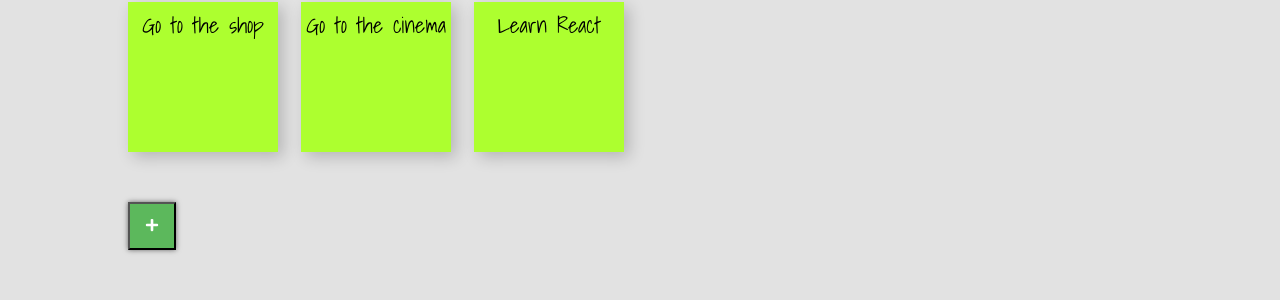
Repository: AlSemyon/13_animation
Page: /
These files come from the project's save history. The page is drawn as it stood at one moment and after the next save; the edit follows.
The browser window is 1280 px wide. The pictures show the whole page.
The project was rebuilt for these pictures with package versions that can differ from the ones it lists, and the page was loaded fresh each time.

Above is the page before, as saved 2018-11-18 13:39:57.

### public/index.html
<!DOCTYPE html>
<html lang="en">
  <head>
    <meta charset="utf-8">
    <link rel="shortcut icon" href="%PUBLIC_URL%/favicon.ico">
    <meta name="viewport" content="width=device-width, initial-scale=1, shrink-to-fit=no">
    <meta name="theme-color" content="#000000">
    <!--
      manifest.json provides metadata used when your web app is added to the
      homescreen on Android. See https://developers.google.com/web/fundamentals/web-app-manifest/
    -->
    <link rel="manifest" href="%PUBLIC_URL%/manifest.json">
    <!--
      Notice the use of %PUBLIC_URL% in the tags above.
      It will be replaced with the URL of the `public` folder during the build.
      Only files inside the `public` folder can be referenced from the HTML.

      Unlike "/favicon.ico" or "favicon.ico", "%PUBLIC_URL%/favicon.ico" will
      work correctly both with client-side routing and a non-root public URL.
      Learn how to configure a non-root public URL by running `npm run build`.
    -->
    <title>React App</title>
  </head>
  <body>
    <noscript>
      You need to enable JavaScript to run this app.
    </noscript>

    <div id="root"></div>
    <!--
      This HTML file is a template.
      If you open it directly in the browser, you will see an empty page.

      You can add webfonts, meta tags, or analytics to this file.
      The build step will place the bundled scripts into the <body> tag.

      To begin the development, run `npm start` or `yarn start`.
      To create a production bundle, use `npm run build` or `yarn build`.
    -->
  </body>
</html>

### src/index.css
@import url(http://fonts.googleapis.com/css?family=Shadows+Into+Light);

* {
    margin: 0;
    padding: 0;
    box-sizing: border-box;
}
body {
    background: #e2e2e2;
}


.container {
    max-width: 80%;
    margin: auto;
    min-height: 100vh;

}

.grid{
    display: grid;
    grid-gap: 15px;
    grid-template-columns: repeat(auto-fill, minmax(150px, 1fr))
}

.note {
    height: 150px;
    width: 150px;
    background-color: greenyellow;
    margin: 2px 0;
    position: relative;
    cursor: -webkit-grab;
    box-shadow: 5px 5px 15px 0 rgba(0, 0, 0, .2);
}

.note:active {
    cursor: -webkit-grabbing;
}

.note p {
    font-size: 22px;
    text-align: center;
    padding: 5px;
    font-family: "Shadows Into Light", Arial;
}

.note:hover > span {
    opacity: 1;
}

.note > span {
    position: absolute;
    bottom: 2px;
    right: 2px;
    opacity: 0;
    transition: opacity .25s linear;
}

.note button {
    margin: 2px;
}

.note form {
    text-align: center;
    height: 100%;
}

.note  textarea {
    width: 95%;
    max-width: 100%;
    margin-top: 1rem;
    height: 50%;
    background: rgba(255, 255, 255, .5);
    resize: none;
}

.container button {
  color: #fff;
  font-size: 14px;
  box-shadow: 0px 0px 5px 0px rgba(0, 0, 0, 0.55);
}

.add {
  margin-top: 3rem;
  background-color: #5cb85c;
  height: 3rem;
  min-width: 3rem;
}

.edit {
  background-color: #337ab7;
}

.save {
  background-color: #5cb85c;
}

.remove {
  background-color: #d9534f;
}

### src/components/App.js
import React, {Component} from 'react';
import PropTypes from 'prop-types';
import notes from '../notes'
import Note from './Note'
import './style.css'
import { FaPlus } from 'react-icons/fa';
import {generate as id} from 'shortid'

class App extends Component {
    state = {notes};

    add = () => this.setState(({notes}) => ({
        notes: [...notes, {id: id(), text: ''}]
    }))
    remove = id => this.setState(({notes}) => ({
        notes: notes.filter(note => note.id !== id)
    }))

    update = (text, id) => this.setState(({notes}) => ({
        notes: notes.map(note => note.id !== id ? note : {...note, text})
    }))

    eachNote = (note) =>
        <Note key={note.id} id={note.id} update={this.update} remove={this.remove}> {note.text} </Note>

    render() {
        return (
            <div className="container">
                <div className="grid">
                    {this.state.notes.map(this.eachNote)}
                </div>
                <button onClick={this.add} className="add"><FaPlus/></button>
            </div>
        )
    }
}

export default App;

### src/notes.json
[
    {
       "id": 1,
       "text": "Go to the shop"
   },
   {
     "id": 2,
     "text": "Go to the cinema"
   },
   {
     "id": 3,
     "text": "Learn React"
   }
]

### src/components/Note.js
import React, {Component} from 'react';
import PropTypes from 'prop-types';
import { FaPencilAlt } from 'react-icons/fa';
import { FaTrash } from 'react-icons/fa';
import { FaSave } from 'react-icons/fa';


class Note extends Component {
    constructor(props) {
        super(props);
        this.state = {
            isedit: false
        }

        this.edit = this.edit.bind(this);
        this.remove = this.remove.bind(this);
        this.save = this.save.bind(this);
        this.renderForm = this.renderForm.bind(this);
        this.renderDisplay = this.renderDisplay.bind(this);

    }
    edit = () => {
        this.setState({isedit: true})
    }

    remove = () => {
        this.props.remove(this.props.id)
    }

    save = e => {
        e.preventDefault();
        this.props.update(this.newNote.value, this.props.id)
        this.setState({isedit: false})
    }
    renderForm = () =>
        <div className="note">
            <form>
                <textarea ref={node => this.newNote = node}/>
                <button onClick={this.save} className="save"><FaSave/></button>
            </form>
        </div>

    renderDisplay = () =>
        <div className="note">
        <p>{this.props.children}</p>
        <span>
            <button onClick={this.edit} className="edit"><FaPencilAlt/></button>
            <button onClick={this.remove} className="edit"><FaTrash/></button>
        </span>
    </div>

    render() {
        return(
            <div className="grid">
                {this.state.isedit ? this.renderForm(): this.renderDisplay()}
            </div>
        )
    }
}

export default Note;

### src/components/style.css
@import url(http://fonts.googleapis.com/css?family=Shadows+Into+Light);

* {
    margin: 0;
    padding: 0;
    box-sizing: border-box;
}
body {
    background: #e2e2e2;
}


.container {
    max-width: 80%;
    margin: auto;
    min-height: 100vh;

}

.grid{
    display: grid;
    grid-gap: 15px;
    grid-template-columns: repeat(auto-fill, minmax(150px, 1fr))
}

.note {
    height: 150px;
    width: 150px;
    background-color: greenyellow;
    margin: 2px 0;
    position: relative;
    cursor: -webkit-grab;
    box-shadow: 5px 5px 15px 0 rgba(0, 0, 0, .2);
}

.note:active {
    cursor: -webkit-grabbing;
}

.note p {
    font-size: 22px;
    text-align: center;
    padding: 5px;
    font-family: "Shadows Into Light", Arial;
}

.note:hover > span {
    opacity: 1;
}

.note > span {
    position: absolute;
    bottom: 2px;
    right: 2px;
    opacity: 0;
    transition: opacity .25s linear;
}

.note button {
    margin: 2px;
}

.note form {
    text-align: center;
    height: 100%;
}

.note  textarea {
    width: 95%;
    max-width: 100%;
    margin-top: 1rem;
    height: 50%;
    background: rgba(255, 255, 255, .5);
    resize: none;
}

.container button {
  color: #fff;
  font-size: 14px;
  box-shadow: 0px 0px 5px 0px rgba(0, 0, 0, 0.55);
}

.add {
  margin-top: 3rem;
  background-color: #5cb85c;
  height: 3rem;
  min-width: 3rem;
}

.edit {
  background-color: #337ab7;
}

.save {
  background-color: #5cb85c;
}

.remove {
  background-color: #d9534f;
}

Loaded but not shown: src/index.js (common file)

After the next save:
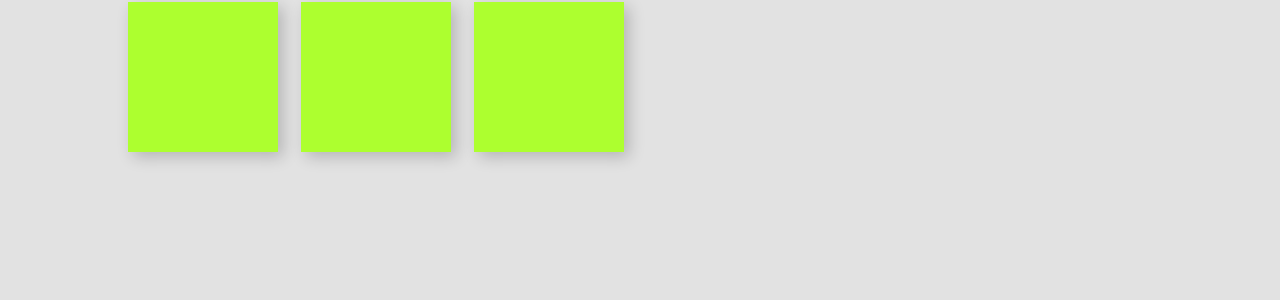
Saved 17 days later.
--- a/src/components/App.js
+++ b/src/components/App.js
@@ -1,5 +1,4 @@
 import React, {Component} from 'react';
-import PropTypes from 'prop-types';
 import notes from '../notes'
 import Note from './Note'
 import './style.css'
@@ -7,21 +6,14 @@ import { FaPlus } from 'react-icons/fa';
 import {generate as id} from 'shortid'
 
 class App extends Component {
-    state = {notes};
+    state = {notes: []};
 
-    add = () => this.setState(({notes}) => ({
-        notes: [...notes, {id: id(), text: ''}]
-    }))
-    remove = id => this.setState(({notes}) => ({
-        notes: notes.filter(note => note.id !== id)
-    }))
-
-    update = (text, id) => this.setState(({notes}) => ({
-        notes: notes.map(note => note.id !== id ? note : {...note, text})
-    }))
+    componentDidMount() {
+        this.setState({notes})
+    }
 
     eachNote = (note) =>
-        <Note key={note.id} id={note.id} update={this.update} remove={this.remove}> {note.text} </Note>
+        <Note key={note.id} note={note}/>
 
     render() {
         return (
@@ -29,7 +21,6 @@ class App extends Component {
                 <div className="grid">
                     {this.state.notes.map(this.eachNote)}
                 </div>
-                <button onClick={this.add} className="add"><FaPlus/></button>
             </div>
         )
     }
